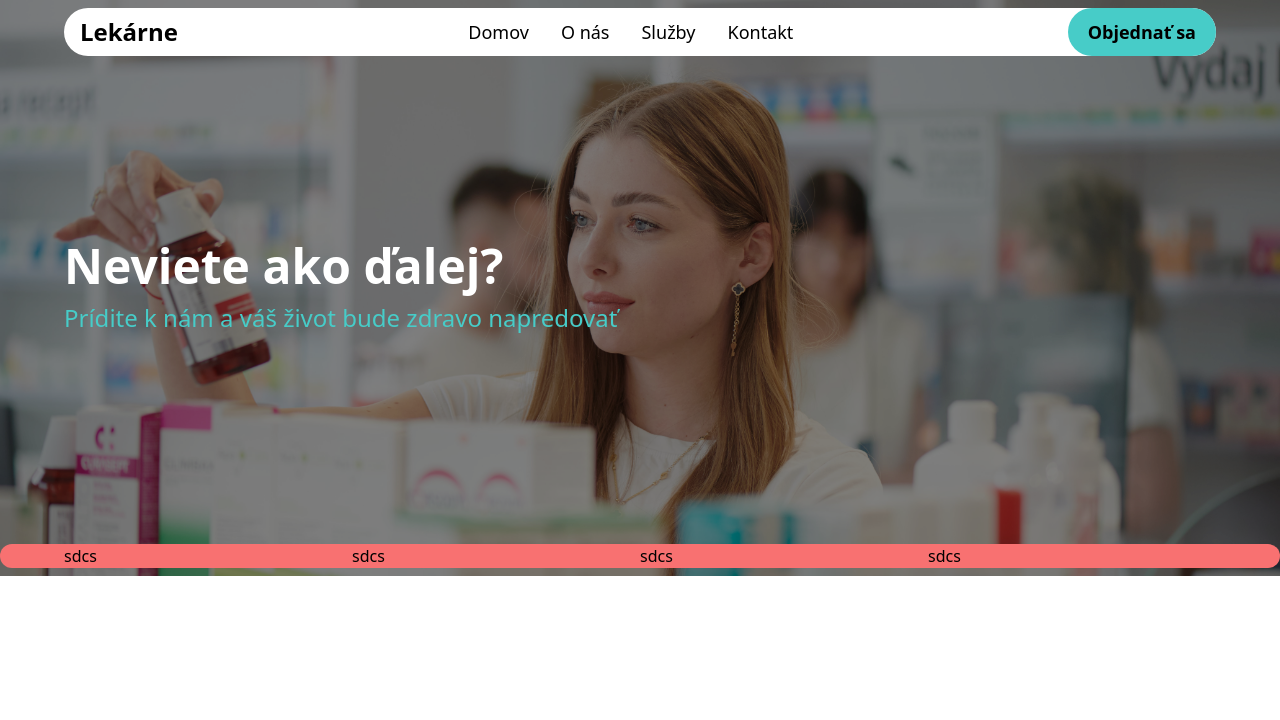
Repository: SimonSkoda13/Lekaren
Page: /
An editor plug-in stored every save of this project. The page is shown before and after the next save, followed by the edit.
The browser window is 1280 px wide. The pictures show the whole page.
The project was rebuilt for these pictures with package versions that can differ from the ones it lists, and the page was loaded fresh each time. The framework's server and built-in components were replaced by stand-ins that run in the browser. Also part of the build but not shown: next.config.js.

Above is the page before, as saved 2023-04-22 17:30:20.

After the next save:
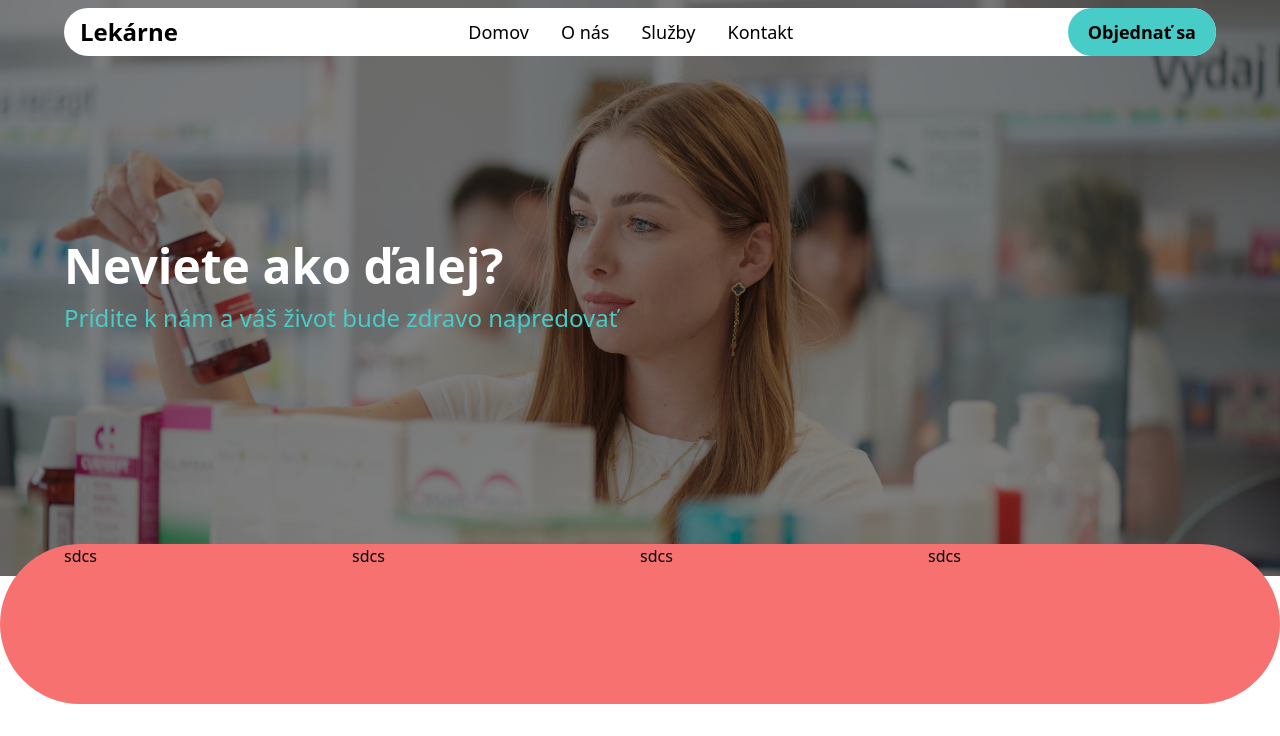
Saved 35 s later.
--- a/src/app/components/Contact/Contact.tsx
+++ b/src/app/components/Contact/Contact.tsx
@@ -11,7 +11,7 @@
 export const Contact = (props: ContactProps) => {
   const { items } = props;
   return (
-    <section className="cntn z-10 relative w-full top-[-2rem] grid grid-cols-2 md:grid-cols-4 items-start bg-red-400 rounded-full">
+    <section className="cntn z-10 relative min-h-40 w-full top-[-2rem] grid grid-cols-2 md:grid-cols-4 items-start bg-red-400 rounded-full">
       <div>sdcs</div>
       <div>sdcs</div>
       <div>sdcs</div>

After the save that followed:
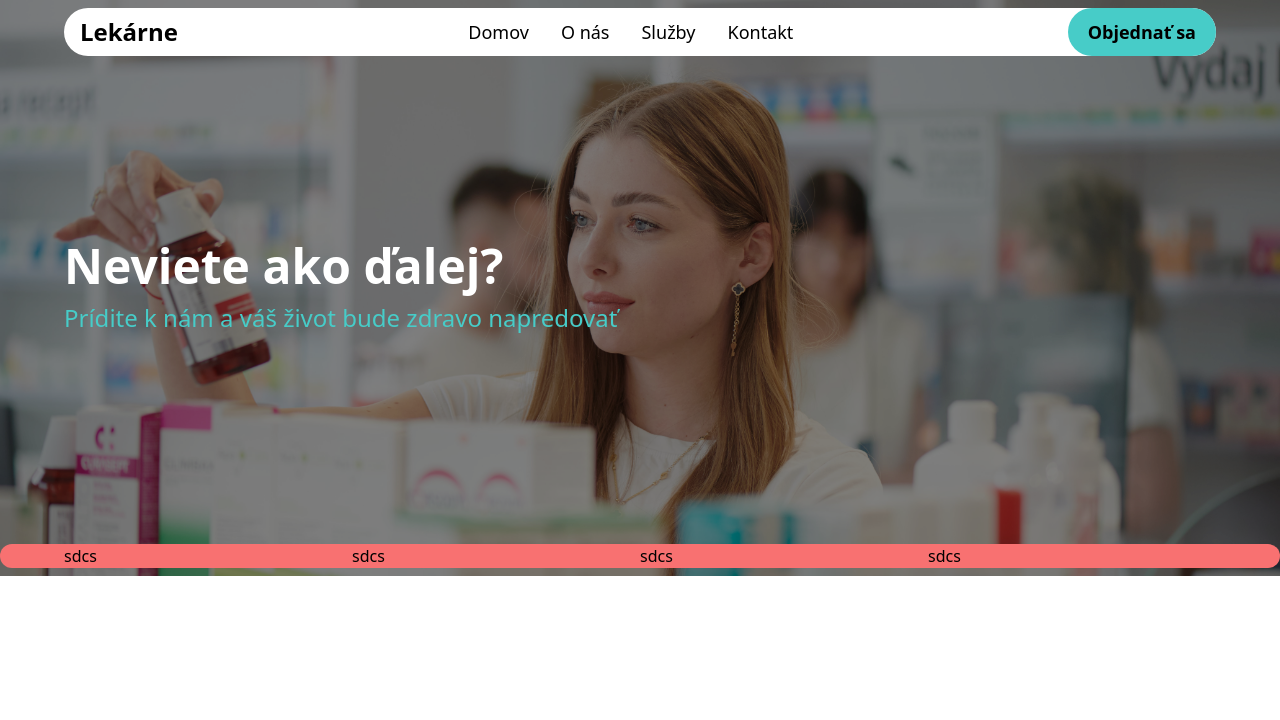
Saved 81 s later.
--- a/src/app/components/Contact/Contact.tsx
+++ b/src/app/components/Contact/Contact.tsx
@@ -11,7 +11,7 @@
 export const Contact = (props: ContactProps) => {
   const { items } = props;
   return (
-    <section className="cntn z-10 relative min-h-40 w-full top-[-2rem] grid grid-cols-2 md:grid-cols-4 items-start bg-red-400 rounded-full">
+    <section className="cntn z-10 relative min-h-[45px]: w-full top-[-2rem] grid grid-cols-2 md:grid-cols-4 items-start bg-red-400 rounded-full">
       <div>sdcs</div>
       <div>sdcs</div>
       <div>sdcs</div>
